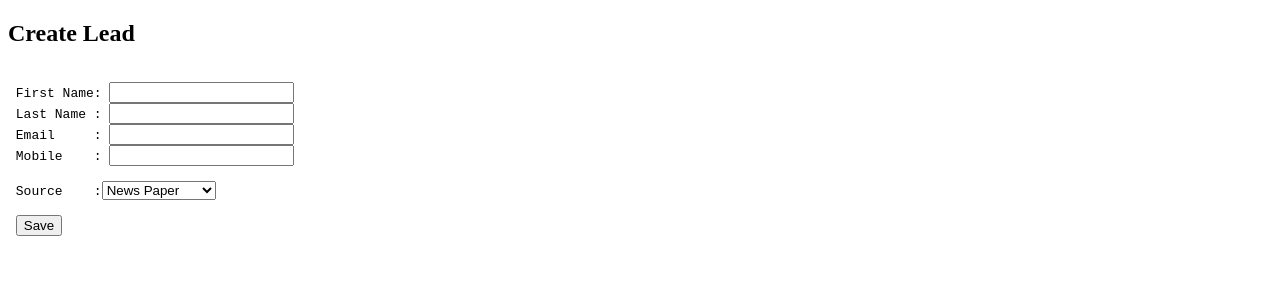
Repository: zuberahmed786/SpringBoot
Page: http://localhost/zohoCrmProject/WEB-INF/views/create_lead.jsp
The author's editor kept a copy of each file at every save. The page is drawn from the files as they stood at one save, then again after the next save.
The browser window is 1280 px wide. The pictures show the whole page.
The page is served by Tomcat 9. Nobody is signed in. The template is opened directly, without the code that normally fills it, so the values that code supplies are empty.

Above is the page before, as saved 2022-10-08 13:54:00.

After the next save:
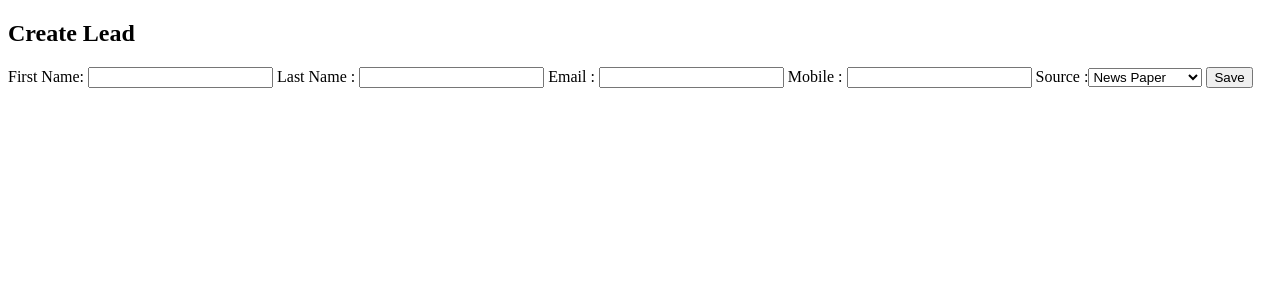
Saved 3 min 46 s later.
--- a/zohoCrmProject/src/main/webapp/WEB-INF/views/create_lead.jsp
+++ b/zohoCrmProject/src/main/webapp/WEB-INF/views/create_lead.jsp
@@ -12,7 +12,6 @@
 
 <form action="saveLead" method="post">
 
-<pre>
 
  First Name: <input type="text" name="firstName"/>
  Last Name : <input type="text" name="lastName"/>
@@ -28,10 +27,6 @@
 
  <input type="button" value="Save"/>
 
- </pre>
-
-
-
 </form>
 
 </body>

After the save that followed:
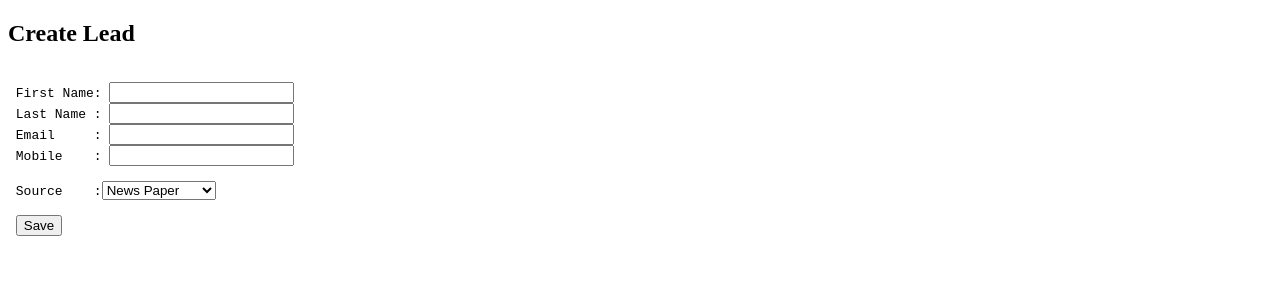
Saved 4 min 34 s later.
--- a/zohoCrmProject/src/main/webapp/WEB-INF/views/create_lead.jsp
+++ b/zohoCrmProject/src/main/webapp/WEB-INF/views/create_lead.jsp
@@ -12,6 +12,7 @@
 
 <form action="saveLead" method="post">
 
+<pre>
 
  First Name: <input type="text" name="firstName"/>
  Last Name : <input type="text" name="lastName"/>
@@ -27,6 +28,10 @@
 
  <input type="button" value="Save"/>
 
+ </pre>
+
+
+
 </form>
 
 </body>
